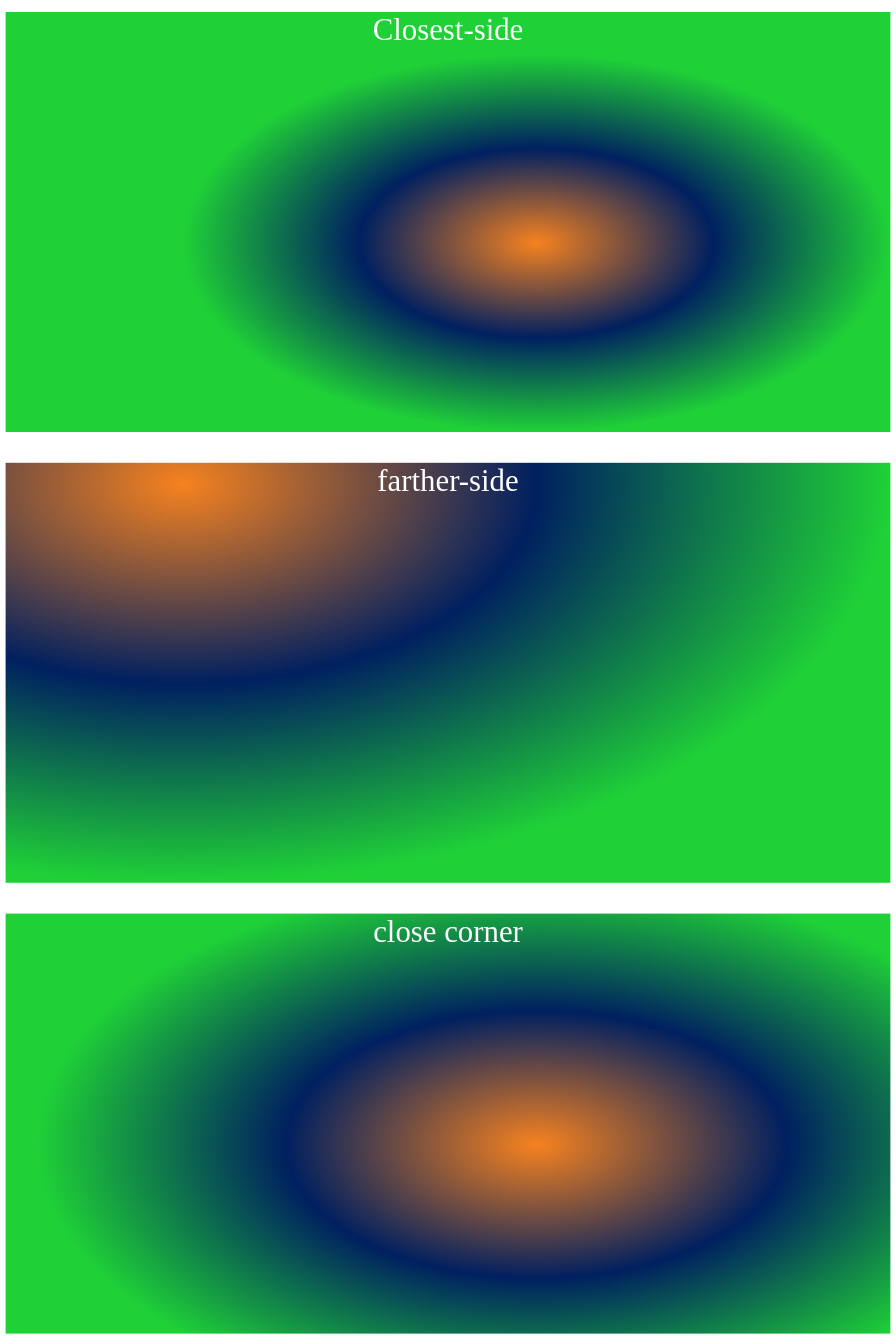
Repository: Pema-yangki/Css
Page: color.html
An editor plug-in stored every save of this project. The page is shown before and after the next save, followed by the edit.
The browser window is 1280 px wide. The pictures show the part of the page from y = 2063 to 3983 px (the page is 4620 px tall), at 70% of full size.

Above is the page before, as saved 2024-03-27 10:28:07.

### color.html
<!DOCTYPE html>
<html lang="en">
<head>
    <meta charset="UTF-8">
    <meta name="viewport" content="width=device-width, initial-scale=1.0">
    <title>Document</title>
    <style>
        div{
    margin-top: 20px;
    color: white;
    text-align: center;
    font-size: 44px;
}

.linear {
    background-image: linear-gradient(to right, #f7b485, #201502);
    width: 100%;
    height: 100px;
    padding: 20px;
}
.linearleft{
    background-image: linear-gradient(to bottom right, #f76a06, #201502);
    width: 100%;
    height: 100px;
    padding: 20px;
}
.angles {
    background-image: linear-gradient(45deg, #f76a06, #201502);
    width: 100%;
    height: 100px;
    padding: 20px;
}
.multi {
    background-image: linear-gradient(to right, red, orange, yellow, green, blue, indigo, violet);
    width: 100%;
    height: 100px;
    padding: 20px;
}
.styled-link {
    display: inline-block;
    padding: 10px 20px;
    background-color: #4CAF50;
    color: white;
    text-decoration: none;
    border-radius: 5px;
    transition: background-color 0.3s ease;
}

/* Hover effect */
.styled-link:hover {
    background-color: #45a049;
}

/* .linear{
    background-image: linear-gradient(to right, #ff7e5f, #feb47b);

    /* Set some additional styles for demonstration */
    /* width: 100%;
    height: 200px;
    border-radius: 10px;
    padding: 20px;
    color: white;
    text-align: center;
    font-size: 24px;
    font-family: Arial, sans-serif;
} */

.evenlyspaced {
    background-image:radial-gradient(#f6821f,#002060,#1fd137);
    height: 600px;
}
.differentlyspaced {
    background-image: radial-gradient(#f6821f
5%,#002060 15%,#1fd137 60%);
height: 600px;

}

.normal{
    background-image:
radial-gradient(at 60%
55%,#f6821f,#002060,#1fd137);
height: 600px;
}
.closest{
    background-image:
radial-gradient(closest-side at 60%
55%,#f6821f,#002060,#1fd137);
height: 600px;
}

.farther {
    background-image:
radial-gradient(farthest-side at 20%
5%,#f6821f,#002060,#1fd137);
height: 600px;
}
.closestcorner{
    background-image:
radial-gradient(closest-corner at 60%
55%,#f6821f,#002060,#1fd137);
height: 600px;
}

.Farthercorner{
    background-image:
radial-gradient(farthest-corner at 60%
55%,#f6821f,#002060,#1fd137);
height: 600px;
}

.threecolors{
    background-image:conic-gradient(#f6821f,#002060,#1fd137);
    height: 300px;}

.threecolorswithdegree{
    background-image: conic-gradient(#f6821f
10deg,#002060 160deg,#1fd137 180deg);
height: 300px;}

.piechart{
    background-image: conic-gradient(#f6821f
0deg,#f6821f 45deg,#002060 45deg,#002060
200deg,#1fd137 200deg);
border-radius: 50%;
height: 300px;
}

.withangle{
    background-image: conic-gradient(from 90deg,
#f6821f ,#002060,#1fd137);
height: 300px;
}

.center{
    background-image: conic-gradient(at 20% 25%,
#f6821f ,#002060,#1fd137);
height: 300px;
}
    </style>
</head>
<body>
    <a href="index.html" class="styled-link">Linear Gradient</a>
    <a href="conic.html" class="styled-link">Conic Gradient</a>
    <h1>Radial Gradient</h1>
    <div class="evenlyspaced">
        <p>Evenly spaced</p>
    </div>
    <div class="differentlyspaced">
        <p>Differently spaced</p>
    </div>
    <div class="normal">
        <p>normal-side</p>
    </div>
     <div class="closest">
        <p>Closest-side</p>
    </div>
    <div class="farther">
        <p>farther-side</p>
    </div>

    <div class="closestcorner">
        <p>close corner</p>
    </div>
    <div class="Farthercorner">
        <p>far corner</p>
    </div>

</body>
</html>

After the next save:
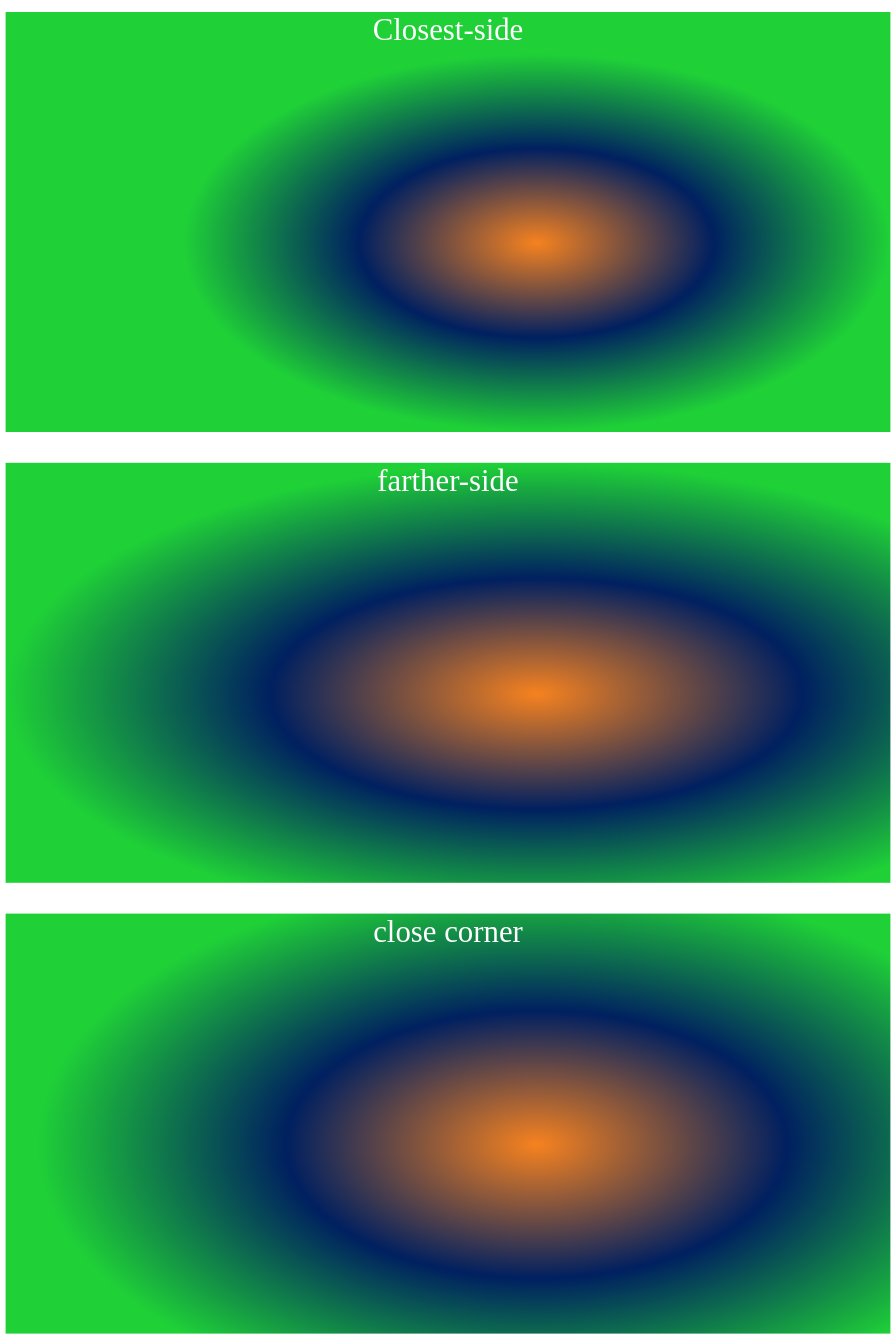
Saved 11 s later.
--- a/color.html
+++ b/color.html
@@ -91,8 +91,8 @@ height: 600px;
 
 .farther {
     background-image:
-radial-gradient(farthest-side at 20%
-5%,#f6821f,#002060,#1fd137);
+radial-gradient(farthest-side at 60%
+55%,#f6821f,#002060,#1fd137);
 height: 600px;
 }
 .closestcorner{
